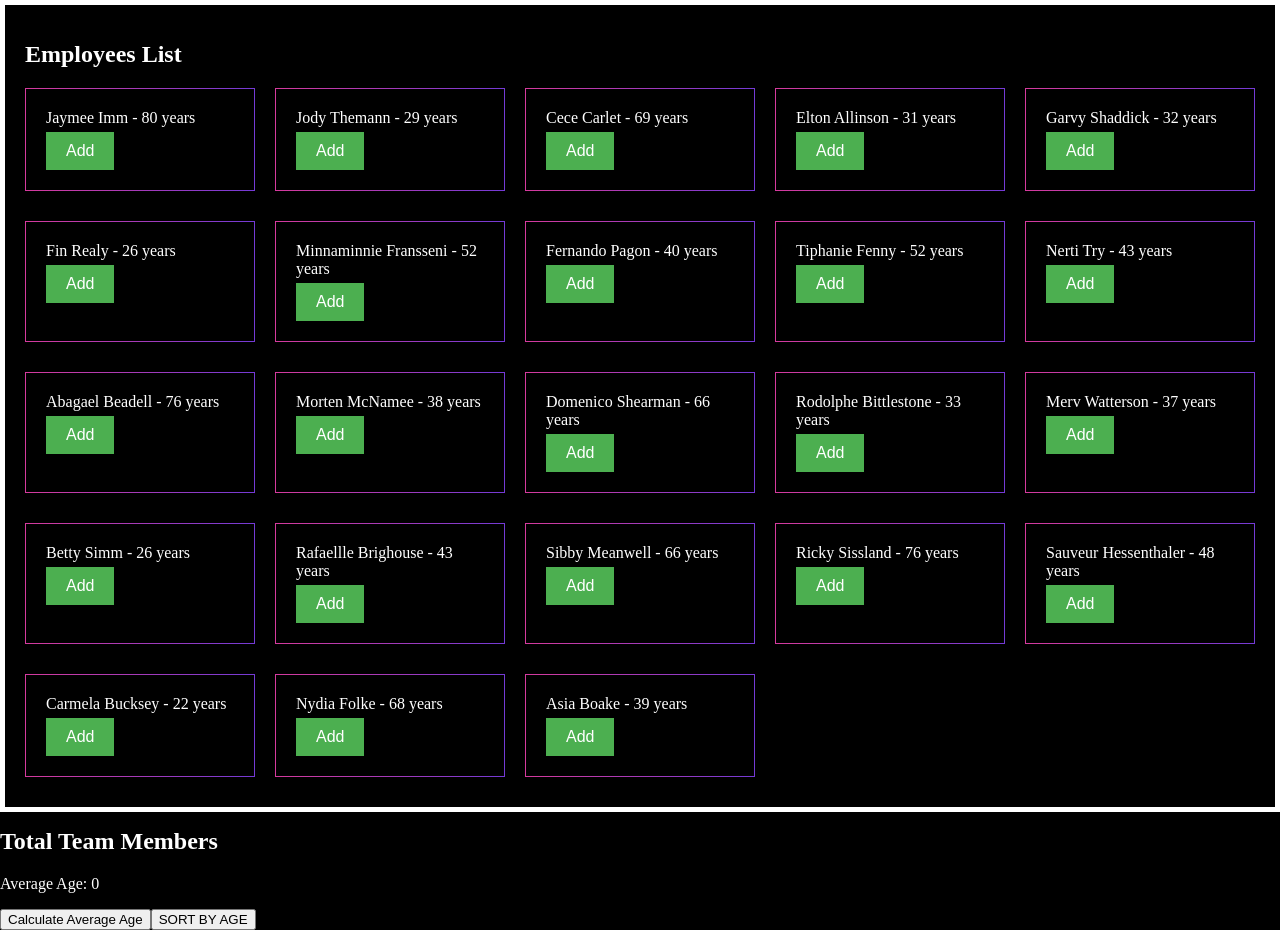
Repository: sriram1224/Teams-list
Page: /
An editor plug-in stored every save of this project. The page is shown before and after the next save, followed by the edit.
The browser window is 1280 px wide. The pictures show the whole page.
The project was rebuilt for these pictures with package versions that can differ from the ones it lists, and the page was loaded fresh each time.

Above is the page before, as saved 2024-03-27 00:12:41.

### src/index.css
body {
  margin: 0;
 background-color: black;
 color : white;
}

code {
  font-family: source-code-pro, Menlo, Monaco, Consolas, 'Courier New',
    monospace;
}

### src/App.js
import Main from "./main";
import React from 'react';

function App() {
  return (
    <div >
      <Main />
    </div>
  );
}

export default App;

### src/main.jsx
import React, { useReducer } from 'react';
import EmployeesList from './EmloyeesList';
import TotalEmployees from './TotalEmployees';

const employees = [
  {"id":1,"first_name":"Jaymee","last_name":"Imm","email":"jimm0@craigslist.org","gender":"Genderqueer","age":80},
{"id":2,"first_name":"Jody","last_name":"Themann","email":"jthemann1@skyrock.com","gender":"Agender","age":29},
{"id":3,"first_name":"Cece","last_name":"Carlet","email":"ccarlet2@jalbum.net","gender":"Male","age":69},
{"id":4,"first_name":"Elton","last_name":"Allinson","email":"eallinson3@jugem.jp","gender":"Male","age":31},
{"id":5,"first_name":"Garvy","last_name":"Shaddick","email":"gshaddick4@rediff.com","gender":"Male","age":32},
{"id":6,"first_name":"Fin","last_name":"Realy","email":"frealy5@unc.edu","gender":"Male","age":26},
{"id":7,"first_name":"Minnaminnie","last_name":"Fransseni","email":"mfransseni6@aboutads.info","gender":"Agender","age":52},
{"id":8,"first_name":"Fernando","last_name":"Pagon","email":"fpagon7@blogs.com","gender":"Male","age":40},
{"id":9,"first_name":"Tiphanie","last_name":"Fenny","email":"tfenny8@sakura.ne.jp","gender":"Female","age":52},
{"id":10,"first_name":"Nerti","last_name":"Try","email":"ntry9@shareasale.com","gender":"Female","age":43},
{"id":11,"first_name":"Abagael","last_name":"Beadell","email":"abeadella@unc.edu","gender":"Female","age":76},
{"id":12,"first_name":"Morten","last_name":"McNamee","email":"mmcnameeb@sun.com","gender":"Male","age":38},
{"id":13,"first_name":"Domenico","last_name":"Shearman","email":"dshearmanc@seesaa.net","gender":"Male","age":66},
{"id":14,"first_name":"Rodolphe","last_name":"Bittlestone","email":"rbittlestoned@51.la","gender":"Male","age":33},
{"id":15,"first_name":"Merv","last_name":"Watterson","email":"mwattersone@storify.com","gender":"Male","age":37},
{"id":16,"first_name":"Betty","last_name":"Simm","email":"bsimmf@engadget.com","gender":"Female","age":26},
{"id":17,"first_name":"Rafaellle","last_name":"Brighouse","email":"rbrighouseg@vinaora.com","gender":"Male","age":43},
{"id":18,"first_name":"Sibby","last_name":"Meanwell","email":"smeanwellh@independent.co.uk","gender":"Female","age":66},
{"id":19,"first_name":"Ricky","last_name":"Sissland","email":"rsisslandi@google.it","gender":"Male","age":76},
{"id":20,"first_name":"Sauveur","last_name":"Hessenthaler","email":"shessenthalerj@ocn.ne.jp","gender":"Male","age":48},
{"id":21,"first_name":"Carmela","last_name":"Bucksey","email":"cbuckseyk@acquirethisname.com","gender":"Female","age":22},
{"id":22,"first_name":"Nydia","last_name":"Folke","email":"nfolkel@disqus.com","gender":"Female","age":68},
{"id":23,"first_name":"Asia","last_name":"Boake","email":"aboakem@1und1.de","gender":"Female","age":39}
];
  // Your employee data goes here

function Main() {
  const [state, dispatch] = useReducer(reducer, { employees: employees, team: [] });

  function reducer(state, action) {
    switch(action.type) {
      case 'ADD':
        return {
          ...state,
          employees: state.employees.map(emp => emp.id === action.payload.id ? { ...emp, added: true } : emp),
          team: [...state.team, action.payload]
        };
      case 'DELETE':
        return {
          ...state,
          employees: state.employees.map(emp => emp.id === action.payload.id ? { ...emp, added: false } : emp),
          team: state.team.filter(emp => emp.id !== action.payload.id)
        };
      case 'Calculate_Average':
        const totalAge = state.team.reduce((acc, emp) => acc + emp.age, 0);
        const averageAge = totalAge / state.team.length || 0;
        return {
          ...state,
          averageAge
        };
      case 'sort':
        return {
          ...state,
          team: state.team.sort((a, b) => a.age - b.age),
        };
      default:
        return state;
    }
  }

  return (
    <div>
      <EmployeesList employees={state.employees} dispatch={dispatch} />
      <TotalEmployees team={state.team} dispatch={dispatch} />
    </div>
  );
}

export default Main;

### src/EmloyeesList.jsx
import React from 'react'
import './list.css';

const EmployeesList = ({ employees, dispatch }) => {
    return (
        <div className="employees-list">
            <h1 className="header">Employees List</h1>
            <div className="employlist-main">

            {employees && employees.map(emp => (
                <div key={emp.id} className="employee-item">
                    <span className={emp.added ? "gray-text" : "white-text"}>
                        <p className="employee-info">{emp.first_name} {emp.last_name} - { emp.age} years</p>
                    </span>
                    {!emp.added && (
                        <button className="add-button" onClick={() => dispatch({ type: 'ADD', payload: emp })}>Add</button>
                    )}
                </div>
            ))}
        </div></div>
    );
}
export default EmployeesList;

### src/TotalEmployees.jsx
import React from "react";


const TotalEmployees = ({ team, dispatch }) => {
    const averageAge = team.reduce((total, emp) => total + emp.age, 0) / team.length;

    return (
        <div className="total-employees">
            <h1 className="header">Total Team Members</h1>
            {team && team.map(emp => (
                <div key={emp.id} className="employee-list">
                    <span className="employee-info">
                        <p>{emp.first_name} {emp.last_name} - {emp.age} years</p>
                    </span>
                    {!emp.added && (
                        <button className="remove-button" onClick={() => dispatch({ type: 'DELETE', payload: emp })}>Remove</button>
                    )}
                </div>
            ))}
            <p className="average-age">Average Age: {team.length > 0 ? averageAge : 0}</p>
            <button className="average-button" onClick={() => dispatch({ type: "Calculate_Average" })}>
                Calculate Average Age
            </button>
            <button className="sort-button" onClick={() => dispatch({ type: "sort" })}>
                SORT BY AGE
            </button>
        </div>
    );
}

export default TotalEmployees;

### src/list.css
.employees-list {
    padding: 20px;
    border: 10px solid;
    border-image-slice: 1;
    border-width: 5px;
}

.header {
    font-size: 24px;
    margin-bottom: 20px;
}

.employee-item {
    margin-bottom: 10px;
    padding: 20px;
        border: 4px solid;
        border-image-slice: 1;
        border-width: 1px;
        color: white;
}

.employee-info {
    margin: 0;
}
.employlist-main{
    display: grid;
        grid-template-columns: repeat(auto-fill, minmax(200px, 1fr));
        grid-gap: 20px;

}

.add-button {
    background-color: #4CAF50;
    /* Green */
    border: none;
    color: white;
    padding: 10px 20px;
    text-align: center;
    text-decoration: none;
    display: inline-block;
    font-size: 16px;
    margin-top: 5px;
    cursor: pointer;
}

.gray-text {
    color: gray;
}

.white-text {
    color: rgb(255, 255, 255);
}



.employee-item {
    border-image-source: linear-gradient(to left, #743ad5, #d53a9d);
}

Loaded but not shown: public/index.html (common file); src/index.js (common file); src/reportWebVitals.js (common file)

After the next save:
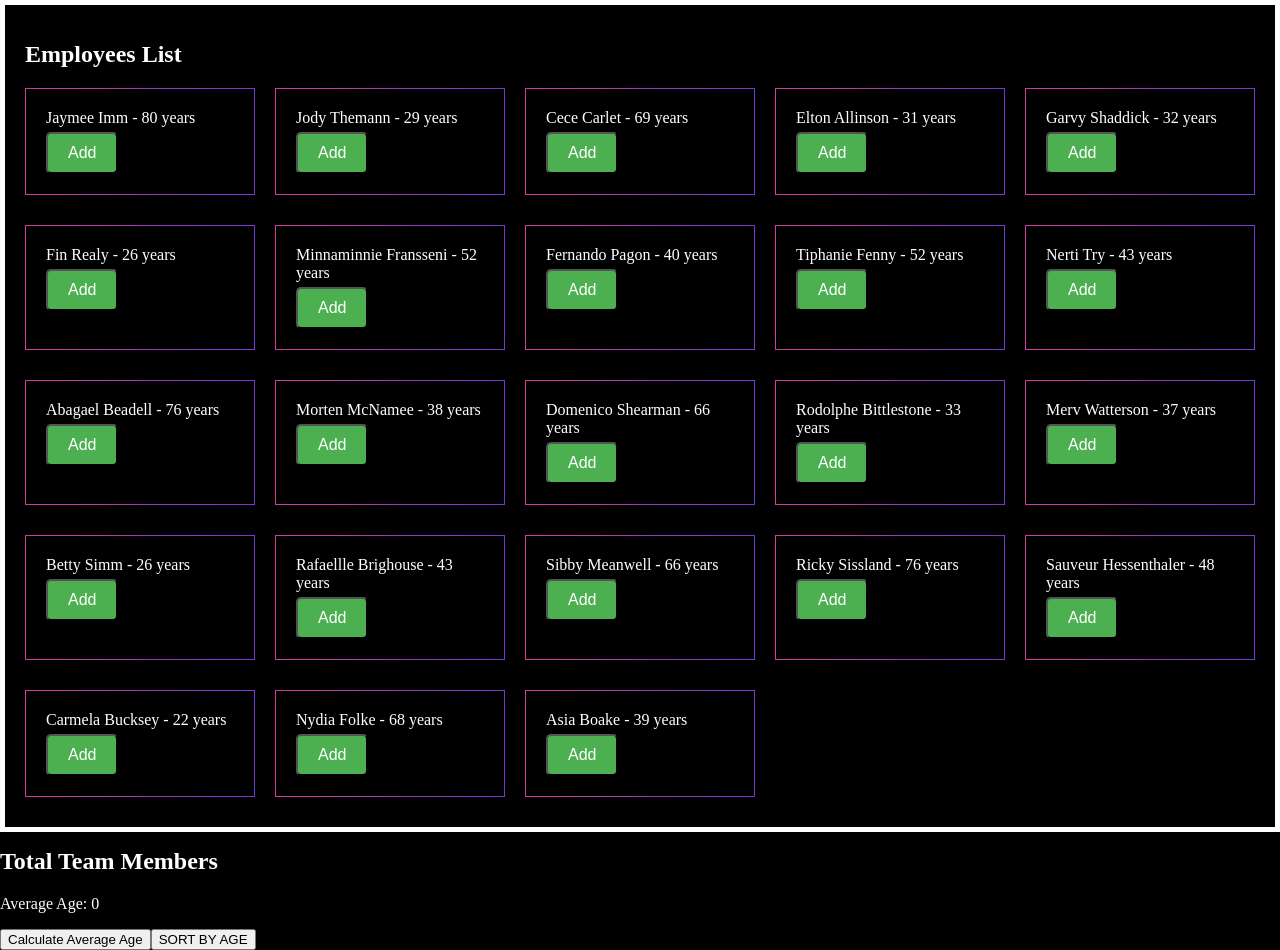
Saved 25 s later.
--- a/src/list.css
+++ b/src/list.css
@@ -32,7 +32,7 @@
 .add-button {
     background-color: #4CAF50;
     /* Green */
-    border: none;
+    border-radius:5px;
     color: white;
     padding: 10px 20px;
     text-align: center;
